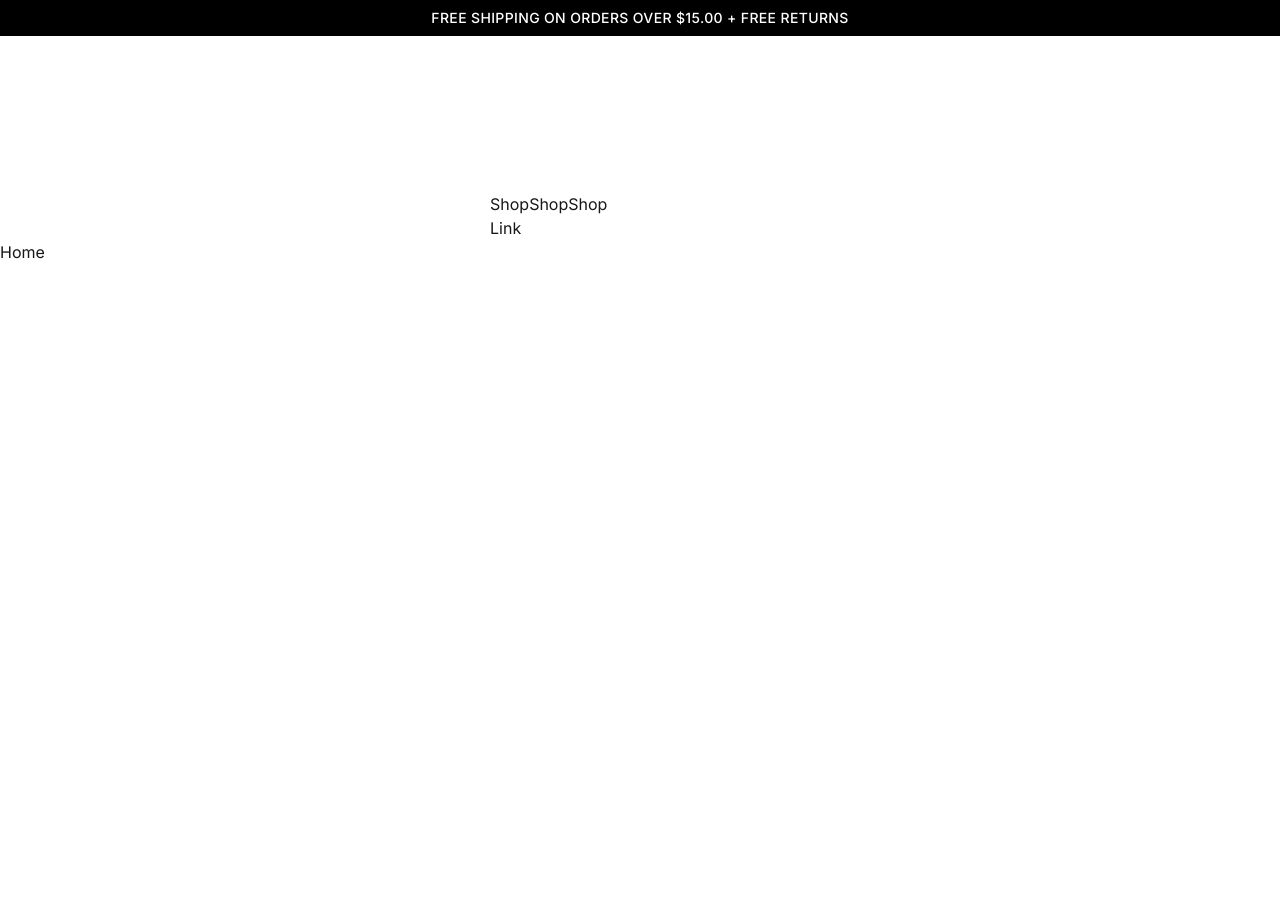
Repository: DiwanMalla/TEMU_CLONE
Page: /
An editor plug-in stored every save of this project. The page is shown before and after the next save, followed by the edit.
The browser window is 1280 px wide. The pictures show the whole page.
The project was rebuilt for these pictures with package versions that can differ from the ones it lists, and the page was loaded fresh each time. The framework's server and built-in components were replaced by stand-ins that run in the browser. Also part of the build but not shown: next.config.ts.

Above is the page before, as saved 2025-01-20 22:23:17.

After the next save:
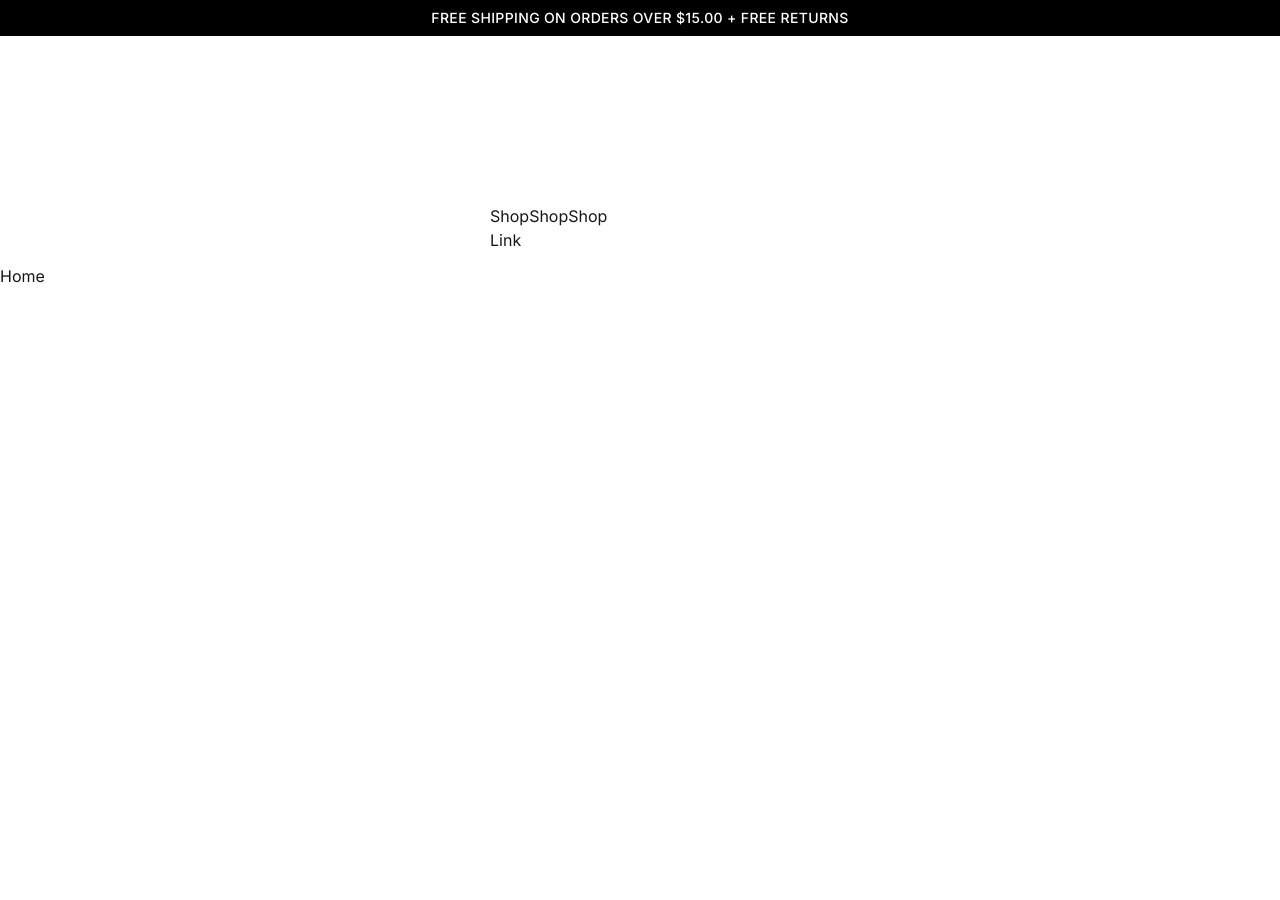
Saved 33 s later.
--- a/components/layout/Header.tsx
+++ b/components/layout/Header.tsx
@@ -41,7 +41,7 @@ const Header = () => {
         }`}
       >
         <AnnounecementBar />
-        <div className="w-full flex justify-center items-center ">
+        <div className="w-full flex justify-center items-center py-3">
           <div>
             <div>
               <button>
